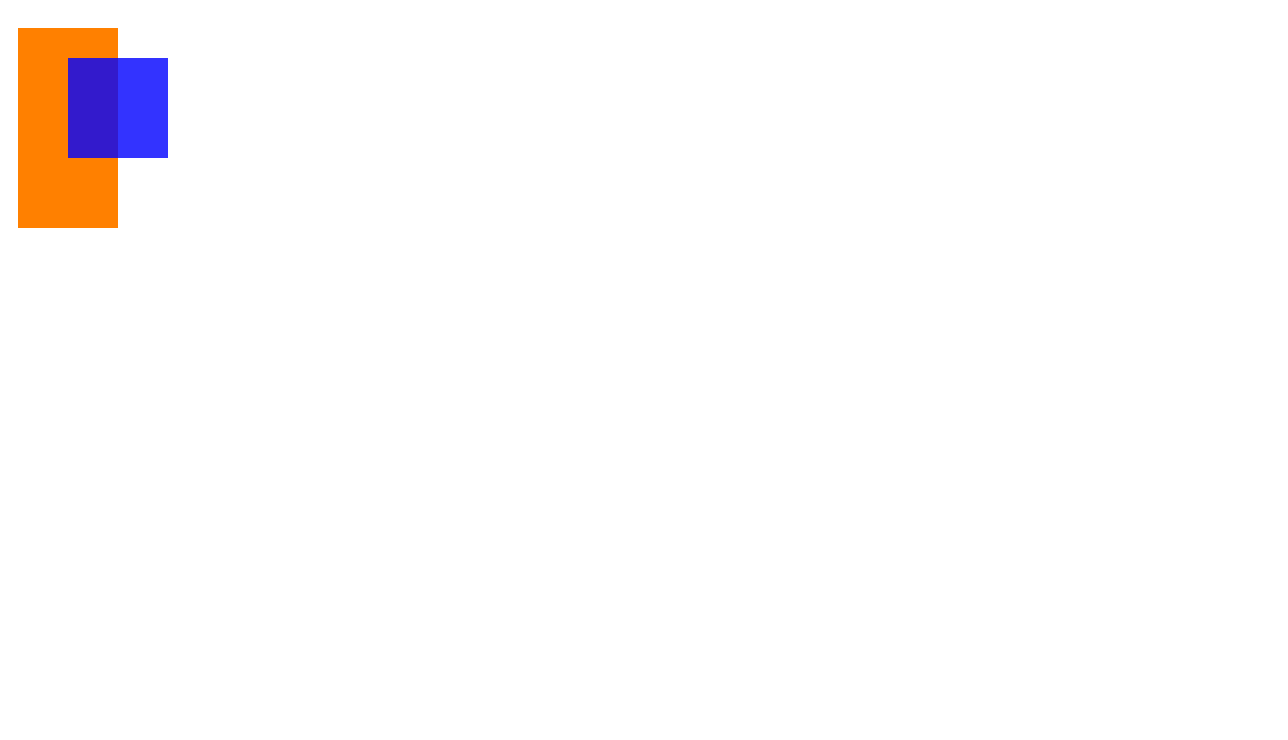
Repository: msminsu/msminsu.github.io
Page: canvas.html
These files come from the project's save history. The page is drawn as it stood at one moment and after the next save; the edit follows.
The browser window is 1280 px wide. The page is 1288 px wide, so the pictures cover 1288 px, including what lies to the right of the window. The pictures show the whole page.

Above is the page before, as saved 2018-07-23 15:49:18.
Console error: TypeError: context.strokeReact is not a function

### canvas.html
<!DOCTYPE html>
<html lang="en">
<head>
    <meta charset="UTF-8">
    <meta name="viewport" content="width=device-width, initial-scale=1.0">
    <meta http-equiv="X-UA-Compatible" content="ie=edge">
    <title>Document</title>
</head>
<body>
    <canvas id="canvas">

    </canvas>
</body>
<script>

    var canvas= document.getElementById('canvas'),
    context = canvas.getContext('2d'),
    width=window.innerWidth,
    height=window.innerHeight,
    ratio = window.devicePixelRatio;

    canvas.width= width * ratio;
    canvas.height= height * ratio;
    canvas.style.width = width +'px';
    canvas.style.height= height +'px';
    context.scale(ratio, ratio);

    context.fillStyle = "rgb(255,128, 0)";
    context.fillRect(10,20,100,200);

    context.fillStyle = "rgb(0,0,255,0.8)";
    context.fillRect(60,50,100,100);

    context.strokeReact(80,70, 50, 130);

</script>
</html>

After the next save:
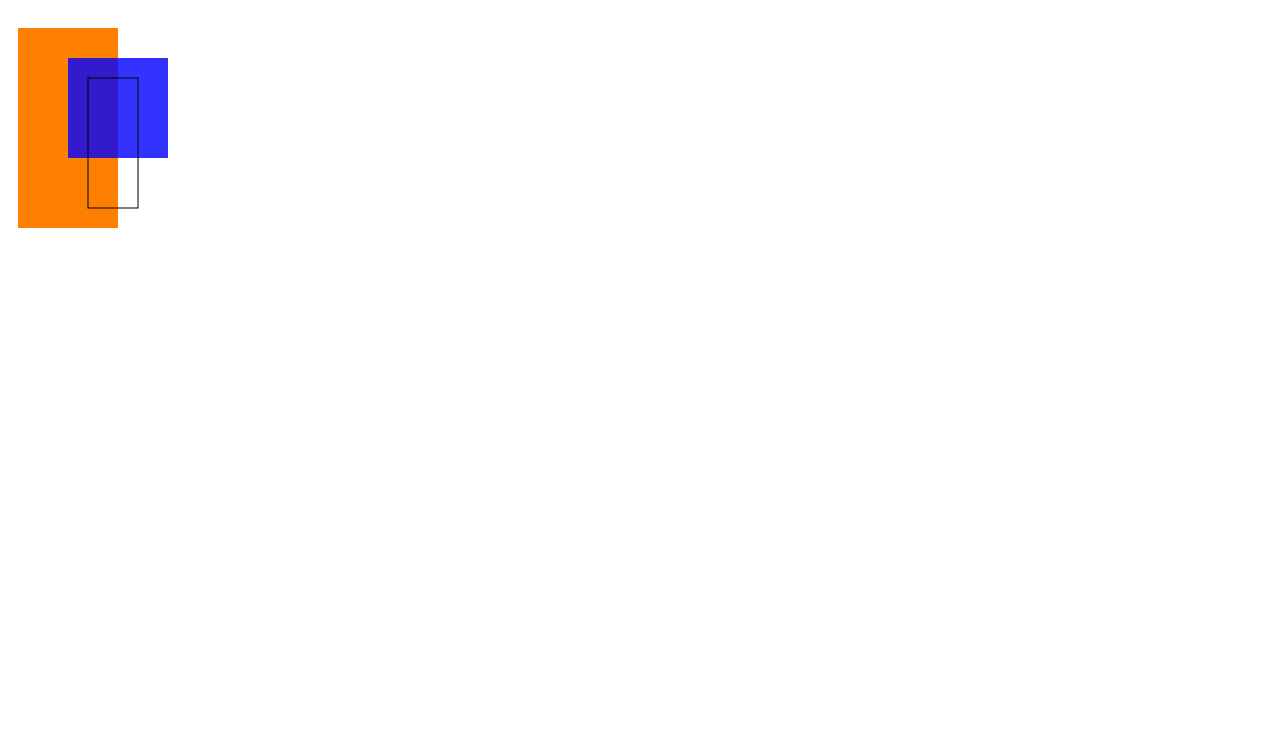
The error is gone.
Saved 48 s later.
--- a/canvas.html
+++ b/canvas.html
@@ -31,7 +31,7 @@
     context.fillStyle = "rgb(0,0,255,0.8)";
     context.fillRect(60,50,100,100);
 
-    context.strokeReact(80,70, 50, 130);
+    context.strokeRect(80,70, 50, 130);
 
 </script>
 </html>
